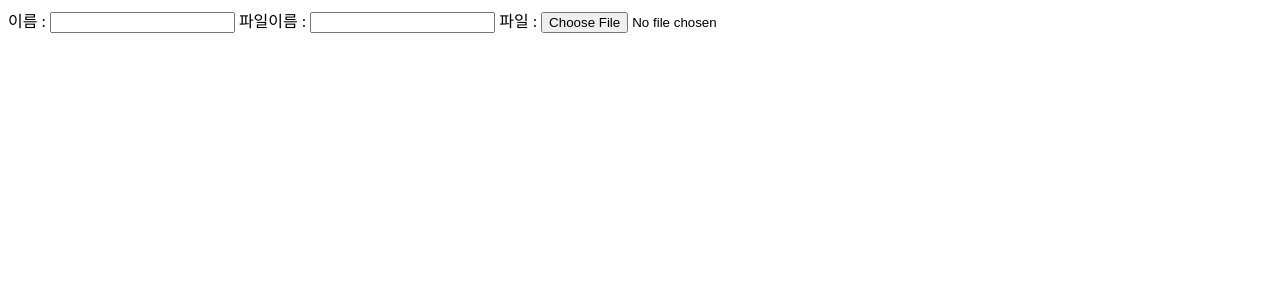
Repository: seungsu12/carrot
Page: http://localhost/carrot/upload.jsp
An editor plug-in stored every save of this project. The page is shown before and after the next save, followed by the edit.
The browser window is 1280 px wide. The pictures show the whole page.
The page is served by Tomcat 9.

Above is the page before, as saved 2021-07-26 07:43:14.

After the next save:
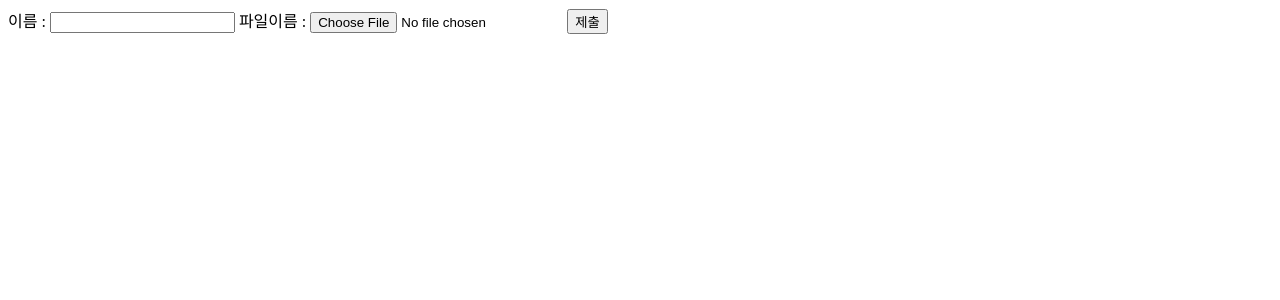
Saved 5 min 35 s later.
--- a/carrot/WebContent/upload.jsp
+++ b/carrot/WebContent/upload.jsp
@@ -9,9 +9,9 @@
 <body>
 
 <form action="uplading.jsp" method="post" enctype="multipart/form-data">
-이름 : <input type="text" name="name">
-파일이름 : <input type="text" name="filename">
-파일 : <input type="file" name="file">
+이름 : <input type="text" name="id">
+파일이름 : <input type="file" name="image">
+<input type="submit" value="제출">
 
 </form>
 </body>
